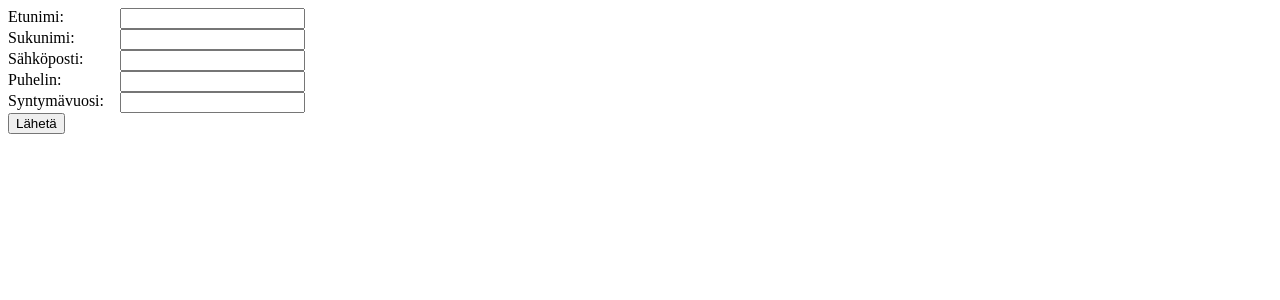
Repository: NellaPih/Asiakkaat
Page: http://localhost/Lomake/kysy.jsp
An editor plug-in stored every save of this project. The page is shown before and after the next save, followed by the edit.
The browser window is 1280 px wide. The pictures show the whole page.
The page is served by Tomcat 9.

Above is the page before, as saved 2020-04-17 12:35:55.

### Lomake/WebContent/kysy.jsp
<%@ page language="java" contentType="text/html; charset=ISO-8859-1"
    pageEncoding="ISO-8859-1"%>
<!DOCTYPE html>
<html>
<head>
<meta charset="ISO-8859-1">
<title>Insert title here</title>
</head>
<style type="text/css">
    label {
	   display: block;
	   width: 7em;
	   float: left;
    }
    .submit {
    float: center;
    }
</style>
<body>
<form action="nayta.jsp" method="POST">
	<label>Etunimi:</label>
	<input type="text" name="etunimi"><br>
	<label>Sukunimi:</label>
	<input type="text" name="sukunimi"><br>
	<label>Sähköposti:</label>
	<input type="text" name="sposti"><br>
	<label>Puhelin:</label>
	<input type="text" name="puhelin"><br>
	<label>Syntymävuosi:</label>
	<input type="text" name="vuosi"><br>
	<input class="submit" type="submit" value="Lähetä">
</form>
</body>
</html>

After the next save:
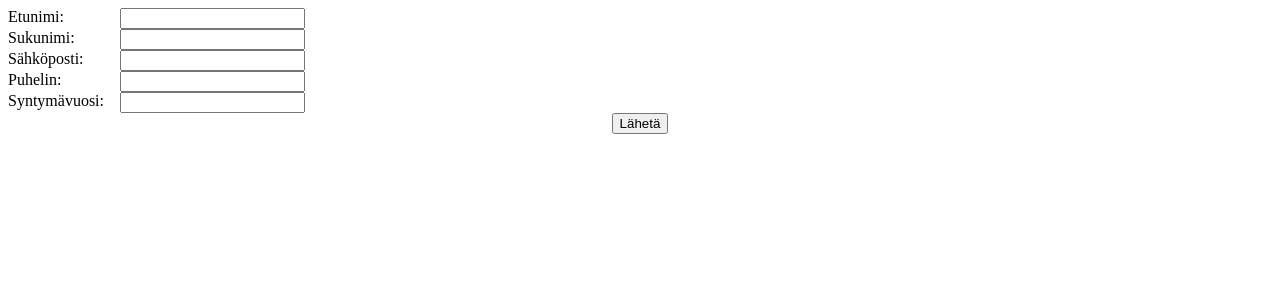
Saved 58 s later.
--- a/Lomake/WebContent/kysy.jsp
+++ b/Lomake/WebContent/kysy.jsp
@@ -13,7 +13,8 @@
 	   float: left;
     }
     .submit {
-    float: center;
+    	margin: 0 auto;
+    	display: block;
     }
 </style>
 <body>
